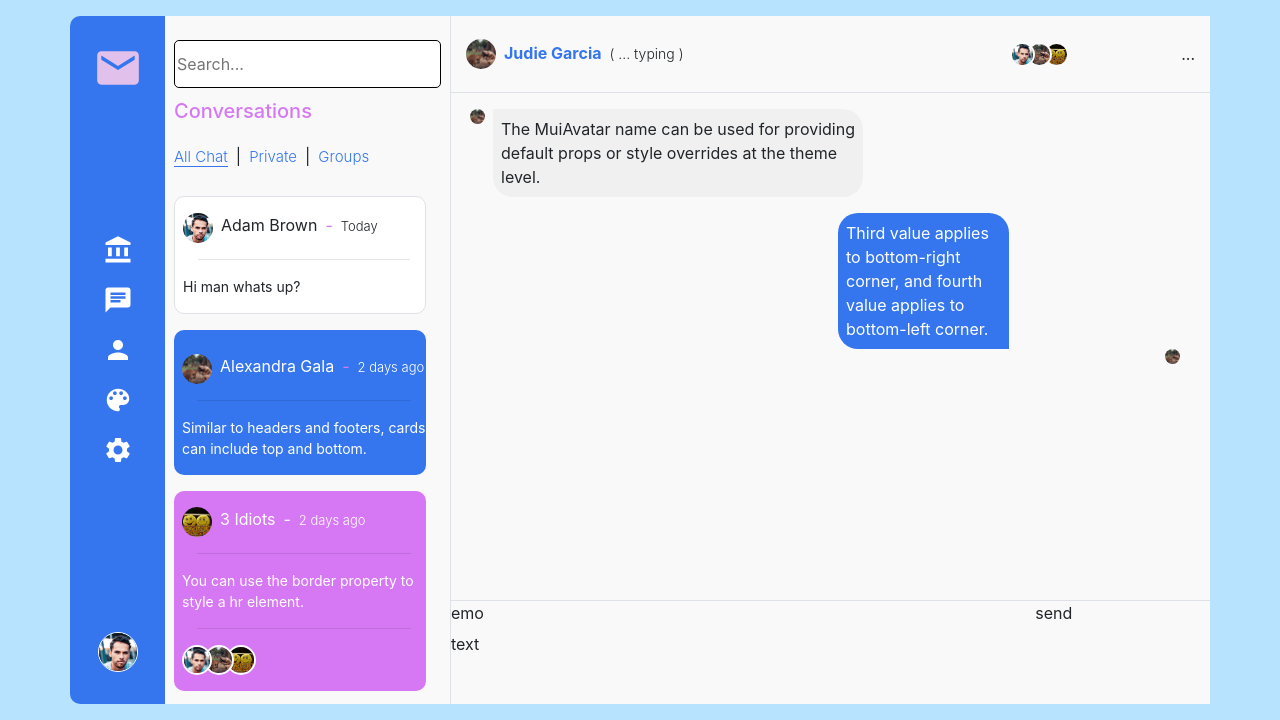
Repository: arafat877/super-chat
Page: /
These files come from the project's save history. The page is drawn as it stood at one moment and after the next save; the edit follows.
The browser window is 1280 px wide. The pictures show the whole page.
The project was rebuilt for these pictures with package versions that can differ from the ones it lists, and the page was loaded fresh each time.

Above is the page before, as saved 2020-08-07 02:13:00.

### public/index.html
<!DOCTYPE html>
<html lang="en">
  <head>
    <meta charset="utf-8" />
    <meta name="viewport" content="width=device-width, initial-scale=1" />
    <meta name="theme-color" content="#000000" />
    <meta
      name="description"
      content="Chat application with node.js, express, react.js, mongoDb and socket.io"
    />
    <link rel="stylesheet" href="styles.css" />
    <link
      rel="stylesheet"
      href="https://maxcdn.bootstrapcdn.com/bootstrap/4.5.0/css/bootstrap.min.css"
      integrity="sha384-9aIt2nRpC12Uk9gS9baDl411NQApFmC26EwAOH8WgZl5MYYxFfc+NcPb1dKGj7Sk"
      crossorigin="anonymous"
    />
    <link
      href="https://fonts.googleapis.com/css2?family=Roboto:wght@100;300;400;500;700;900&display=swap"
      rel="stylesheet"
    />

    <title>Super Chat</title>
  </head>
  <body>
    <noscript>You need to enable JavaScript to run this app.</noscript>
    <div id="root"></div>
  </body>
</html>

### src/App.js
import React from "react";
import "./App.scss";
import {
  Email,
  Chat,
  Person,
  Settings,
  Palette,
  AccountBalance,
} from "@material-ui/icons";

import { Avatar } from "@material-ui/core";
import { AvatarGroup } from "@material-ui/lab";

function App() {
  return (
    <div className="appContainer vh-100 d-flex">
      <div className="container mt-3 mb-3 appWrapper">
        <div className="row h-100">
          <div className="col-1 d-none d-sm-none d-md-block container h-100 firstCol">
            <div className="row logoRow justify-content-center">
              <Email className="m-auto logo" />
            </div>
            <div className="row menuRow">
              <ul className="menuList m-auto p-0">
                <li className="menuItem">
                  <AccountBalance className="menuItemIcon" />
                </li>
                <li className="menuItem">
                  <Chat className="menuItemIcon" />
                </li>
                <li className="menuItem">
                  <Person className="menuItemIcon" />
                </li>
                <li className="menuItem">
                  <Palette className="menuItemIcon" />
                </li>
                <li className="menuItem">
                  <Settings className="menuItemIcon" />
                </li>
              </ul>
            </div>
            <div className="row photoRow justify-content-center">
              <img
                className="m-auto profilePhoto"
                src={require("./assets/m1.jpeg")}
                alt="profile"
              />
            </div>
          </div>
          <div className="col-3 container h-100 secondCol p-4">
            <div className="row searchRow">
              <input className="searchInput" placeholder="Search..." />
            </div>
            <div className="row convRow mt-2">
              <span className="convSpan">Conversations</span>
            </div>
            <div className="row selectRow mb-1">
              <ul className="selectionList pl-0">
                <li
                  className="selectionListItem d-inline mr-2"
                  style={{ borderBottom: "solid 0.05px #3576ef" }}
                >
                  All Chat
                </li>
                |
                <li className="selectionListItem d-inline mr-2 ml-2">
                  Private
                </li>
                |
                <li className="selectionListItem d-inline mr-2 ml-2">Groups</li>
              </ul>
            </div>
            <div className="row groupsRow">
              <div className="container">
                <div className="row convCard pt-3 pb-3 pl-2 mt-3">
                  <div className="container">
                    <div className="row">
                      <img
                        className="userProfilePicture"
                        src={require("./assets/m1.jpeg")}
                        alt="User Profile"
                      />
                      <span className="userName ml-2">Adam Brown</span>
                      <span className="dash ml-2">-</span>
                      <span className="chatDate ml-2 mt-1">Today</span>
                    </div>
                    <hr></hr>
                    <div className="row">
                      <span className="text">Hi man whats up?</span>
                    </div>
                  </div>
                </div>

                <div className="row convCardHot pt-4 pb-3 pl-2 mt-3">
                  <div className="container">
                    <div className="row">
                      <img
                        className="userProfilePicture"
                        src={require("./assets/f1.jpeg")}
                        alt="User Profile"
                      />
                      <span className="userName ml-2">Alexandra Gala</span>
                      <span className="dash ml-2">-</span>
                      <span className="chatDate ml-2 mt-1">2 days ago</span>
                    </div>
                    <hr></hr>
                    <div className="row">
                      <span className="text">
                        Similar to headers and footers, cards can include top
                        and bottom.
                      </span>
                    </div>
                  </div>
                </div>

                <div className="row convCardGroup pt-3 pb-3 pl-2 mt-3">
                  <div className="container">
                    <div className="row">
                      <img
                        className="userProfilePicture"
                        src={require("./assets/g1.jpeg")}
                        alt="User Profile"
                      />
                      <span className="userName ml-2">3 Idiots</span>
                      <span className="dash ml-2">-</span>
                      <span className="chatDate ml-2 mt-1">2 days ago</span>
                    </div>
                    <hr></hr>
                    <div className="row">
                      <span className="text">
                        You can use the border property to style a hr element.
                      </span>
                    </div>
                    <hr></hr>
                    <div className="row">
                      <AvatarGroup max={3} className="mr-4">
                        <Avatar
                          alt="Remy Sharp"
                          className="avatar"
                          src={require("./assets/m1.jpeg")}
                        />
                        <Avatar
                          alt="Travis Howard"
                          className="avatar"
                          src={require("./assets/f1.jpeg")}
                        />
                        <Avatar
                          alt="Cindy Baker"
                          className="avatar"
                          src={require("./assets/g1.jpeg")}
                        />
                      </AvatarGroup>
                    </div>
                  </div>
                </div>
              </div>
            </div>
          </div>
          <div className="col-8 container h-100 thirdCol">
            <div className="row chatInfo">
              <div className="col-6 m-auto">
                <img
                  className="infoUserPicture"
                  src={require("./assets/f1.jpeg")}
                  alt="User Profile"
                />
                <span className="infoUserName ml-2">Judie Garcia</span>
                <span className="infoTyping ml-2">( ... typing )</span>
              </div>
              <div className="col-4 mt-auto mb-auto justify-content-right infoGroup">
                <AvatarGroup max={3} className="float-right">
                  <Avatar
                    alt="Remy Sharp"
                    className="avatar"
                    src={require("./assets/m1.jpeg")}
                  />
                  <Avatar
                    alt="Travis Howard"
                    className="avatar"
                    src={require("./assets/f1.jpeg")}
                  />
                  <Avatar
                    alt="Cindy Baker"
                    className="avatar"
                    src={require("./assets/g1.jpeg")}
                  />
                </AvatarGroup>
              </div>
              <div className="col-2 m-auto">
                <span className="float-right">...</span>
              </div>
            </div>
            <div className="row chatMessages">
              <div className="container">
                <div className="row messageRow ml-1 mt-3">
                  <img
                    className="messageUserProfilePicture mb-auto mr-2"
                    src={require("./assets/f1.jpeg")}
                    alt="User Profile"
                  />
                  <div className="text p-2">
                    The MuiAvatar name can be used for providing default props
                    or style overrides at the theme level.
                  </div>
                </div>

                <div className="row messageRowOwner mr-0 mt-3">
                  <div className="col-6 offset-6">
                    <div className="text p-2">
                      Third value applies to bottom-right corner, and fourth
                      value applies to bottom-left corner.
                    </div>
                    <img
                      className="messageUserProfilePicture mt-auto float-right"
                      src={require("./assets/f1.jpeg")}
                      alt="User Profile"
                    />
                  </div>
                </div>
              </div>
            </div>
            <div className="row chatInput">
              <div className="col-md-9 container">
                <div className="row inputEmoji">emo</div>
                <div className="row inputText">text</div>
              </div>
              <div className="col-md-3">send</div>
            </div>
          </div>
        </div>
      </div>
    </div>
  );
}

export default App;

### src/App.scss
.appContainer {
  background-color: #b7e3fe;

  .appWrapper {
    background-color: #3576ef;
    border-radius: 10px;

    .firstCol {
      .logoRow {
        height: 15%;

        .logo {
          font-size: 50px;
          color: rgb(226, 192, 236);
        }
      }
      .menuRow {
        height: 70%;

        .menuList {
          list-style: none;

          .menuItem {
            margin-bottom: 20px;

            .menuItemIcon {
              font-size: 30px;
              color: white;
            }
          }
        }
      }
      .photoRow {
        height: 15%;

        .profilePhoto {
          height: 40px;
          width: 40px;
          border: solid thin white;
          border-radius: 50%;
          object-fit: cover;
        }
      }
    }

    .secondCol {
      background-color: #f9f9f9;

      .searchRow {
        height: 7.5%;

        .searchInput {
          width: 100%;
          border: solid 0.5px;
          background-color: white;
          border-radius: 5px;

          &:focus {
            outline: none;
          }
        }
      }

      .convRow {
        height: 7.5%;

        .convSpan {
          font-weight: 500;
          font-size: 20px;
          color: rgb(214, 120, 243);
        }
      }
      .selectRow {
        height: 5%;

        .selectionList {
          list-style: none;

          .selectionListItem {
            font-weight: 300;
            font-size: 15px;
            color: #3576ef;
          }
        }
      }

      ::-webkit-scrollbar {
        width: 5px;
        height: 5px;
      }

      ::-webkit-scrollbar-track {
        background: white; /* color of the tracking area */
      }

      ::-webkit-scrollbar-thumb {
        background-color: #b5caf0; /* color of the scroll thumb */
        border-radius: 5px; /* roundness of the scroll thumb */
      }

      .groupsRow {
        height: 80%;
        overflow-y: scroll;

        .convCard {
          background-color: white;
          border: solid 0.5px #dee2e6;
          border-radius: 10px;
          margin-right: 0;

          .userProfilePicture {
            height: 30px;
            width: 30px;
            border-radius: 50%;
            object-fit: cover;
          }

          .userName {
            // color: white;
          }

          .dash {
            color: rgb(214, 120, 243);
          }

          .chatDate {
            // color: white;
            font-size: 13px;
            font-weight: 300;
          }

          .text {
            // color: white;
            font-size: 14px;
          }
        }

        .convCardHot {
          background-color: #3576ef;
          border-radius: 10px;
          margin-right: 0;

          .userProfilePicture {
            height: 30px;
            width: 30px;
            border-radius: 50%;
            object-fit: cover;
          }

          .userName {
            color: white;
          }

          .dash {
            color: rgb(214, 120, 243);
          }

          .chatDate {
            color: white;
            font-size: 13px;
            font-weight: 300;
          }

          .hr {
            border-color: rgb(214, 120, 243);
            margin-bottom: 5px;
          }

          .text {
            color: white;
            font-size: 14px;
          }
        }

        .convCardGroup {
          background-color: rgb(214, 120, 243);
          border-radius: 10px;
          margin-right: 0;

          .userProfilePicture {
            height: 30px;
            width: 30px;
            border-radius: 50%;
            object-fit: cover;
          }

          .userName {
            color: white;
          }

          .dash {
            color: white;
          }

          .chatDate {
            color: white;
            font-size: 13px;
            font-weight: 300;
          }

          .hr {
            border-color: rgb(214, 120, 243);
            margin-bottom: 5px;
          }

          .text {
            color: white;
            font-size: 14px;
          }

          .avatar {
            height: 30px;
            width: 30px;
          }
        }
      }
    }

    .thirdCol {
      background-color: #f9f9f9;
      border-left: solid thin #dee2e6;

      .chatInfo {
        height: 11.25%;
        border-bottom: solid thin #dee2e6;

        .infoUserPicture {
          height: 30px;
          width: 30px;
          border-radius: 50%;
          object-fit: cover;
        }

        .infoUserName {
          color: #3576ef;
          font-weight: 700;
        }

        .infoTyping {
          font-size: 14px;
          font-weight: 300;
        }

        .infoGroup {
          .avatar {
            height: 25px;
            width: 25px;
          }
        }
      }
      .chatMessages {
        height: 73.75%;
        border-bottom: solid thin #dee2e6;

        .messageRow {
          .messageUserProfilePicture {
            height: 15px;
            width: 15px;
            border-radius: 50%;
            object-fit: cover;
          }

          .text {
            background-color: #f0f0f0;
            border-radius: 0px 20px 20px 20px;
            width: 50%;
          }
        }

        .messageRowOwner {
            .messageUserProfilePicture {
              height: 15px;
              width: 15px;
              border-radius: 50%;
              object-fit: cover;
            }

            .text {
              background-color: #3576ef;
              color: white;
              border-radius: 20px 20px 0px 20px;
              width: 50%;
            }
          }

      }
      .chatInput {
        height: 15%;

        .inputEmoji {
          height: 30%;
        }
        .inputText {
          height: 70%;
        }
      }
    }
  }
}

Loaded but not shown: src/index.js (common file); public/styles.css (common file)

After the next save:
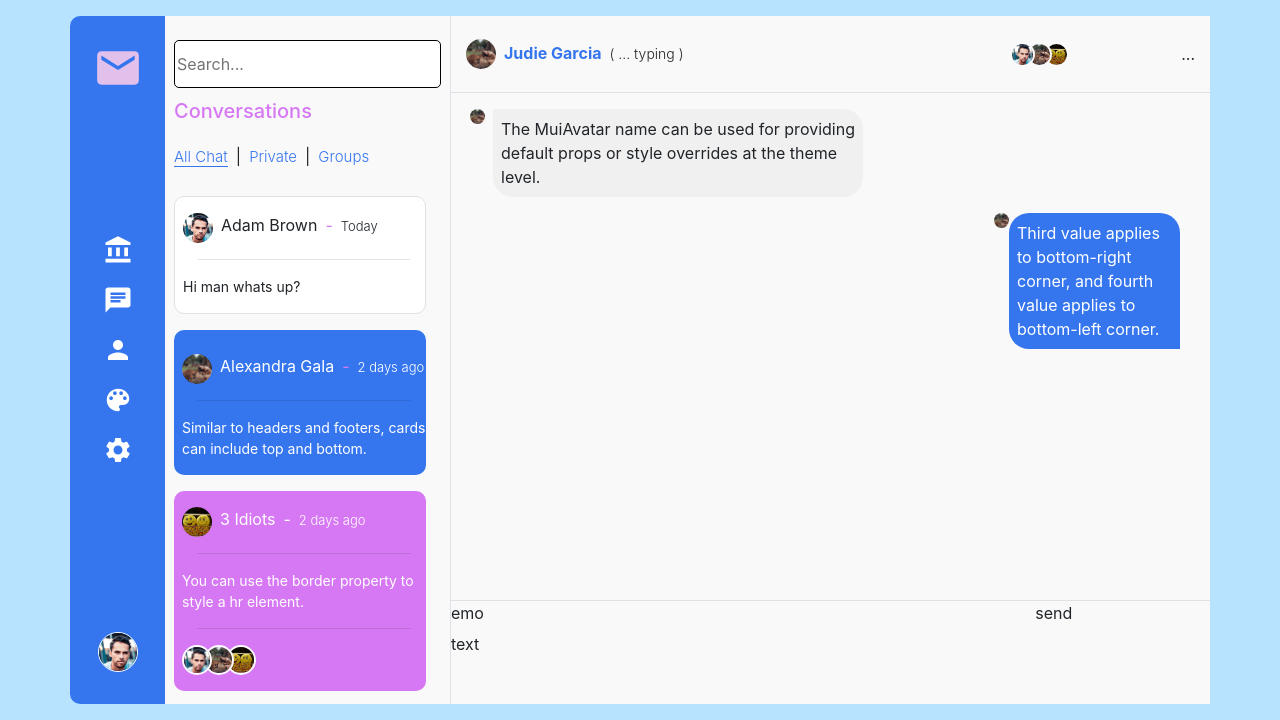
Saved 16 s later.
--- a/src/App.js
+++ b/src/App.js
@@ -207,7 +207,7 @@
 
                 <div className="row messageRowOwner mr-0 mt-3">
                   <div className="col-6 offset-6">
-                    <div className="text p-2">
+                    <div className="text p-2 float-right">
                       Third value applies to bottom-right corner, and fourth
                       value applies to bottom-left corner.
                     </div>

After the save that followed:
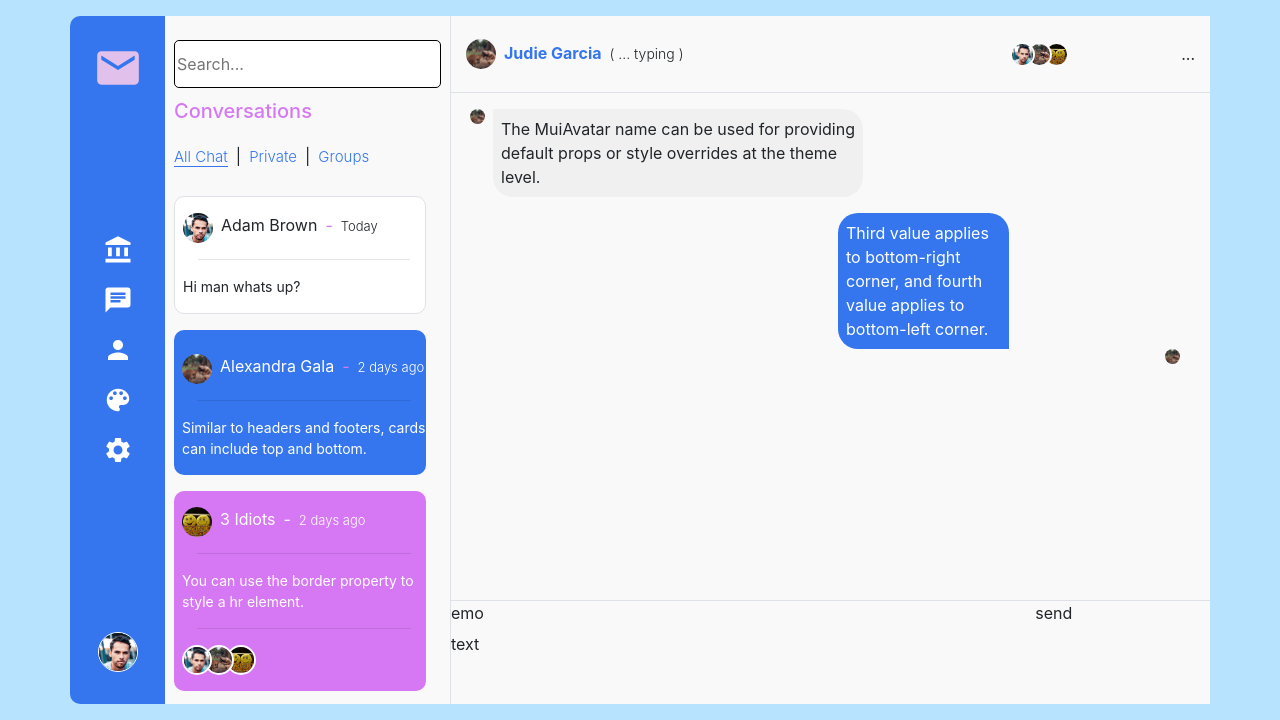
Saved 33 s later.
--- a/src/App.js
+++ b/src/App.js
@@ -207,7 +207,7 @@
 
                 <div className="row messageRowOwner mr-0 mt-3">
                   <div className="col-6 offset-6">
-                    <div className="text p-2 float-right">
+                    <div className="text p-2">
                       Third value applies to bottom-right corner, and fourth
                       value applies to bottom-left corner.
                     </div>
